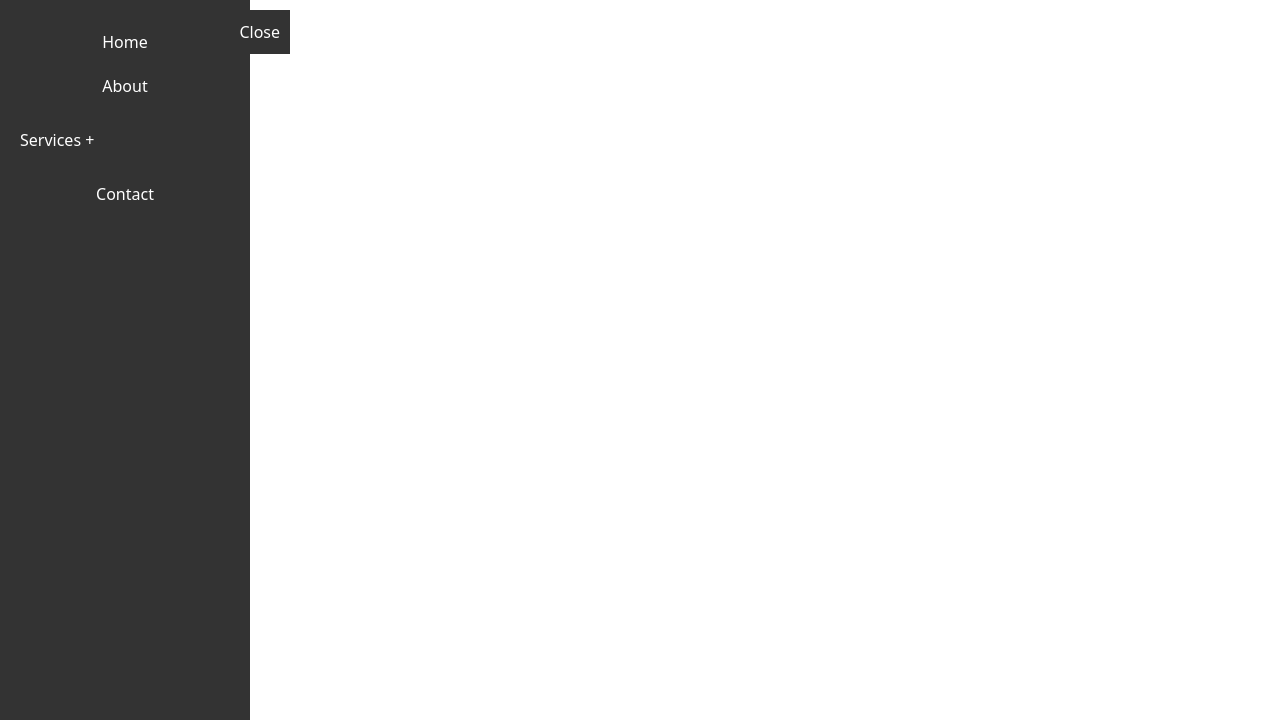
Repository: siva11021992/cvamyapp
Page: /
An editor plug-in stored every save of this project. The page is shown before and after a run of saves, followed by the edit.
The browser window is 1280 px wide. The pictures show the whole page.
The project was rebuilt for these pictures with package versions that can differ from the ones it lists, and the page was loaded fresh each time. Also part of the build but not shown: src/App.css, src/ChartComponent.js, src/Layout.css, src/LayoutExe.js, src/FlexLayout.css, src/FlexLayout.js, src/GridLayout.css, src/GridLayout.js and 2 more.

Above is the page before, as saved 2024-10-01 15:09:17.

### src/App.js
import React from 'react';
import ChartComponent from './ChartComponent';
import LayoutExe from './LayoutExe';
import FlexLayout from './FlexLayout';
import GridLayout from './GridLayout';
import YupApi from './YupApi';
import CrudComponent from './CrudComponent';
import Sidebar from './SideBar';

function App() {
  return (
    <div className="App">
      <h1>Hello World</h1>
      {/* <ChartComponent width="600px" height="400px"/>
      <LayoutExe/>
      <FlexLayout />
      <GridLayout/>
      <YupApi/>
     <CrudComponent/> */}
     <Sidebar/>

    </div>
  );
}

export default App;

### src/SideBar.js
import React, { useState } from 'react';
import './SideBar.css'; // Ensure CSS is updated accordingly

const Sidebar = () => {
  const [isOpen, setIsOpen] = useState(true);  // Toggle sidebar
  const [isServicesOpen, setIsServicesOpen] = useState(false);  // Toggle submenu for services

  const toggleSidebar = () => {
    setIsOpen(!isOpen);
  };

  const toggleServices = () => {
    setIsServicesOpen(!isServicesOpen);
  };

 let list = [1,2,3 ]

  return (
    <>
    <div className={`sidebar ${isOpen ? 'open' : 'closed'}`}>
      <button className="toggle-btn" onClick={toggleSidebar}>
        {isOpen ? 'Close' : 'Open'}
      </button>
      <nav className="sidebar-nav">
        <ul>
          <li><a href="#home">Home</a></li>
          <li><a href="#about">About</a></li>
          <li>
            <button className="submenu-btn" onClick={toggleServices}>
              Services {isServicesOpen ? '-' : '+'}
            </button>
            {isServicesOpen && (
              <ul className="submenu">
                <li><a href="#web-dev">Web Development</a></li>
                <li><a href="#mobile-dev">Mobile Development</a></li>
                <li><a href="#seo">SEO Optimization</a></li>
              </ul>
            )}
          </li>
          <li><a href="#contact">Contact</a></li>
        </ul>
      </nav>

    </div>
    <div>
    <div>
        {list.map((x, index) => (
          <li key={index}>{x}</li>

        ))}
      </div>
    </div>
    </>
  );
};

export default Sidebar;

### src/SideBar.css
/* Container for the sidebar */
.sidebar {
    position: fixed;
    top: 0;
    left: 0;
    width: 250px;
    height: 100%;
    background-color: #333;
    padding-top: 20px;
    transition: width 0.3s ease;
  }

  /* Closed state */
  .sidebar.closed {
    width: 60px;
  }

  /* Navigation links */
  .sidebar-nav ul {
    list-style: none;
    padding: 0;
  }

  .sidebar-nav ul li {
    padding: 10px;
    text-align: center;
  }

  .sidebar-nav ul li a {
    text-decoration: none;
    color: white;
    display: block;
  }

  /* Toggle button */
  .toggle-btn {
    position: absolute;
    top: 10px;
    right: -40px;
    background-color: #333;
    color: white;
    border: none;
    cursor: pointer;
    padding: 10px;
    transition: right 0.3s ease;
  }

  /* Adjust button position when sidebar is closed */
  .sidebar.closed .toggle-btn {
    right: -60px;
  }

  /* Add hover effect for links */
  .sidebar-nav ul li a:hover {
    background-color: #575757;
  }


  /* Submenu styles */
.submenu {
    list-style: none;
    padding-left: 20px; /* Indentation for subtopics */
  }

  .submenu li {
    padding: 5px 0;
  }

  /* Button to expand/collapse submenu */
  .submenu-btn {
    background: none;
    color: white;
    border: none;
    cursor: pointer;
    font-size: 16px;
    text-align: left;
    padding: 10px;
    width: 100%;
    outline: none;
  }

  .submenu-btn:hover {
    background-color: #575757;
  }

Loaded but not shown: public/index.html (common file); src/index.js (common file); src/index.css (common file); src/reportWebVitals.js (common file)

After the next 2 saves:
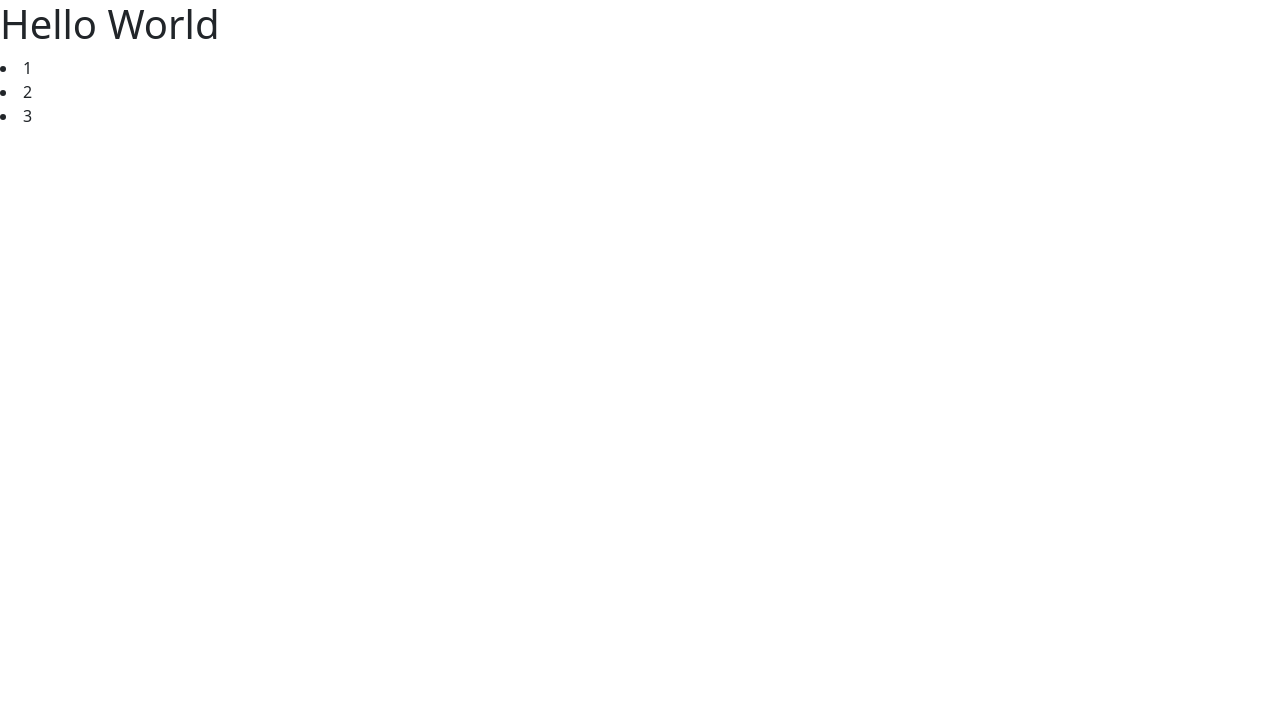
The 2 saves are shown as one change because 1 did not build or start.
The last was saved 22 s later.
--- a/src/SideBar.js
+++ b/src/SideBar.js
@@ -17,7 +17,7 @@
 
   return (
     <>
-    <div className={`sidebar ${isOpen ? 'open' : 'closed'}`}>
+    {/* <div className={`sidebar ${isOpen ? 'open' : 'closed'}`}>
       <button className="toggle-btn" onClick={toggleSidebar}>
         {isOpen ? 'Close' : 'Open'}
       </button>
@@ -42,14 +42,14 @@
       </nav>
 
     </div>
-    <div>
+    <div> */}
     <div>
         {list.map((x, index) => (
           <li key={index}>{x}</li>
 
         ))}
       </div>
-    </div>
+    {/* </div> */}
     </>
   );
 };

After the save that followed:
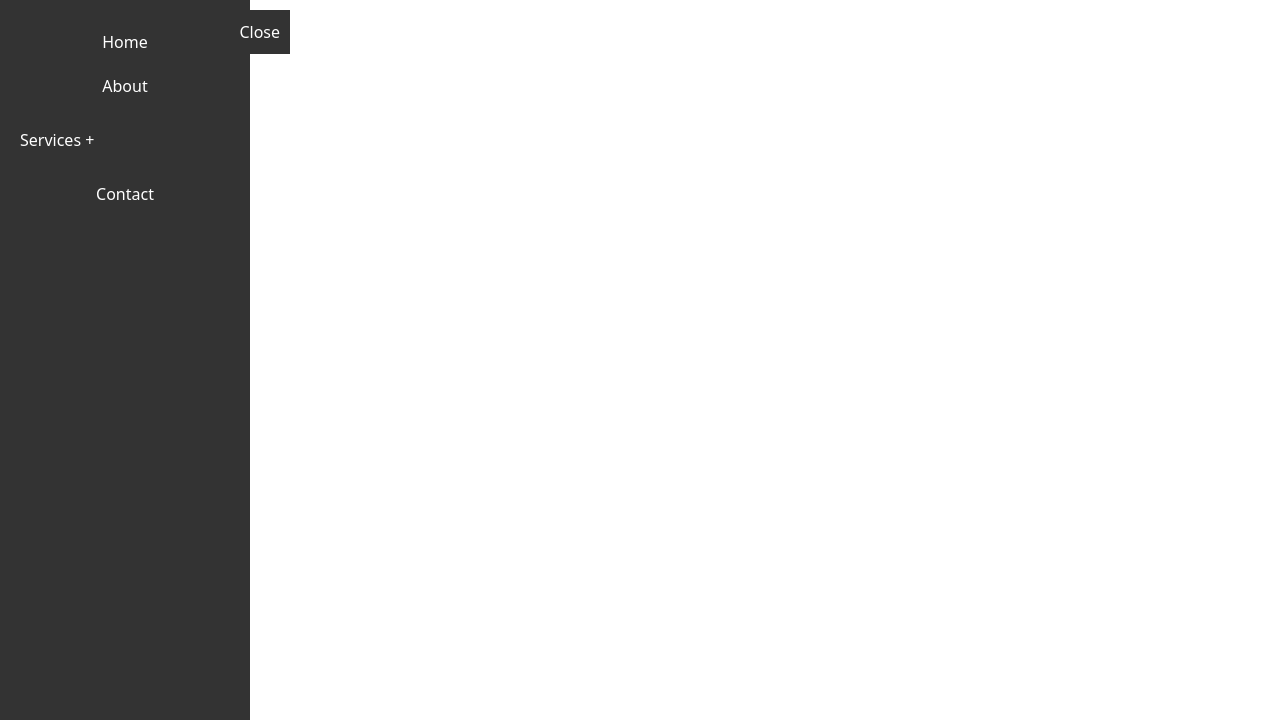
Saved 25 s later.
--- a/src/SideBar.js
+++ b/src/SideBar.js
@@ -17,7 +17,7 @@
 
   return (
     <>
-    {/* <div className={`sidebar ${isOpen ? 'open' : 'closed'}`}>
+    <div className={`sidebar ${isOpen ? 'open' : 'closed'}`}>
       <button className="toggle-btn" onClick={toggleSidebar}>
         {isOpen ? 'Close' : 'Open'}
       </button>
@@ -42,14 +42,10 @@
       </nav>
 
     </div>
-    <div> */}
     <div>
-        {list.map((x, index) => (
-          <li key={index}>{x}</li>
+    {list.map(x => <div>{x}</div>)}
 
-        ))}
-      </div>
-    {/* </div> */}
+    </div>
     </>
   );
 };
